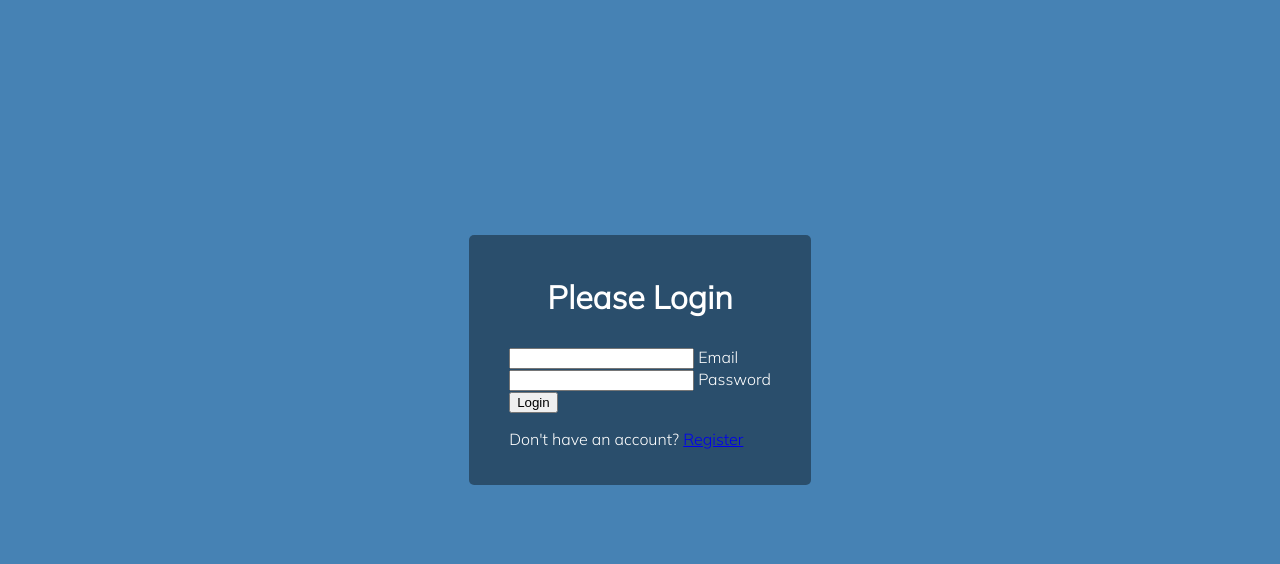
Repository: Berkan71/js-example-little-projects
Page: form-input-wave/index.html
The author's editor kept a copy of each file at every save. The page is drawn from the files as they stood at one save, then again after the next save.
The browser window is 1280 px wide. The pictures show the whole page.

Above is the page before, as saved 2022-07-27 21:24:33.

### form-input-wave/index.html
<!DOCTYPE html>
<html lang="en">
<head>
    <meta charset="UTF-8">
    <meta http-equiv="X-UA-Compatible" content="IE=edge">
    <meta name="viewport" content="width=device-width, initial-scale=1.0">

    <link rel="stylesheet" href="style.css">
    <title>Form Input Wave</title>
</head>
<body>
    <div class="container">
        <h1>Please Login</h1>
        <form>
            <div class="form-control">
                <input type="text" required>
                <label>Email</label>
            </div>
            <div class="form-control">
                <input type="password" required>
                <label>Password</label>
            </div>

            <button class="btn">Login</button>

            <p class="text">Don't have an account? <a href="#">Register</a></p>
        </form>
    </div>

    <script src="script.js"></script>
</body>
</html>

### form-input-wave/style.css
@import url('https://fonts.googleapis.com/css2?family=Mulish:wght@300&display=swap');

* {
    box-sizing: border-box;
}

body {
    background-color: steelblue;
    color: #fff;
    font-family: 'Mulish', sans-serif;
    display: flex;
    flex-direction: column;
    align-items: center;
    justify-content: center;
    height: 100vh;
    overflow: hidden;
    margin: 0;
}

.container {
    background-color: rgba(0, 0, 0, 0.4);
    padding: 20px 40px;
    border-radius: 5px;
}

.container h1 {
    text-align: center;
    margin-bottom: 30px;
}

Loaded but not shown: form-input-wave/script.js (no stored copy; drawn as an empty file)

After the next save:
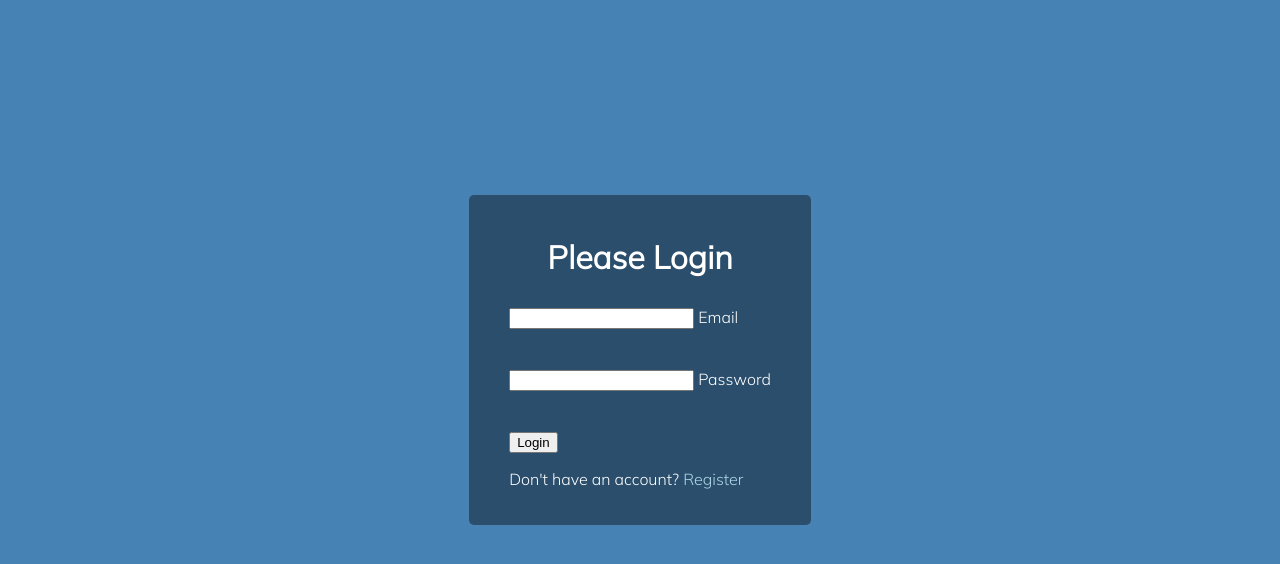
Saved 49 s later.
--- a/form-input-wave/style.css
+++ b/form-input-wave/style.css
@@ -27,3 +27,13 @@ body {
     text-align: center;
     margin-bottom: 30px;
 }
+
+.container a {
+    text-decoration: none;
+    color: lightblue;
+}
+
+.form-control {
+    position: relative;
+    margin: 20px 0 40px;
+}
